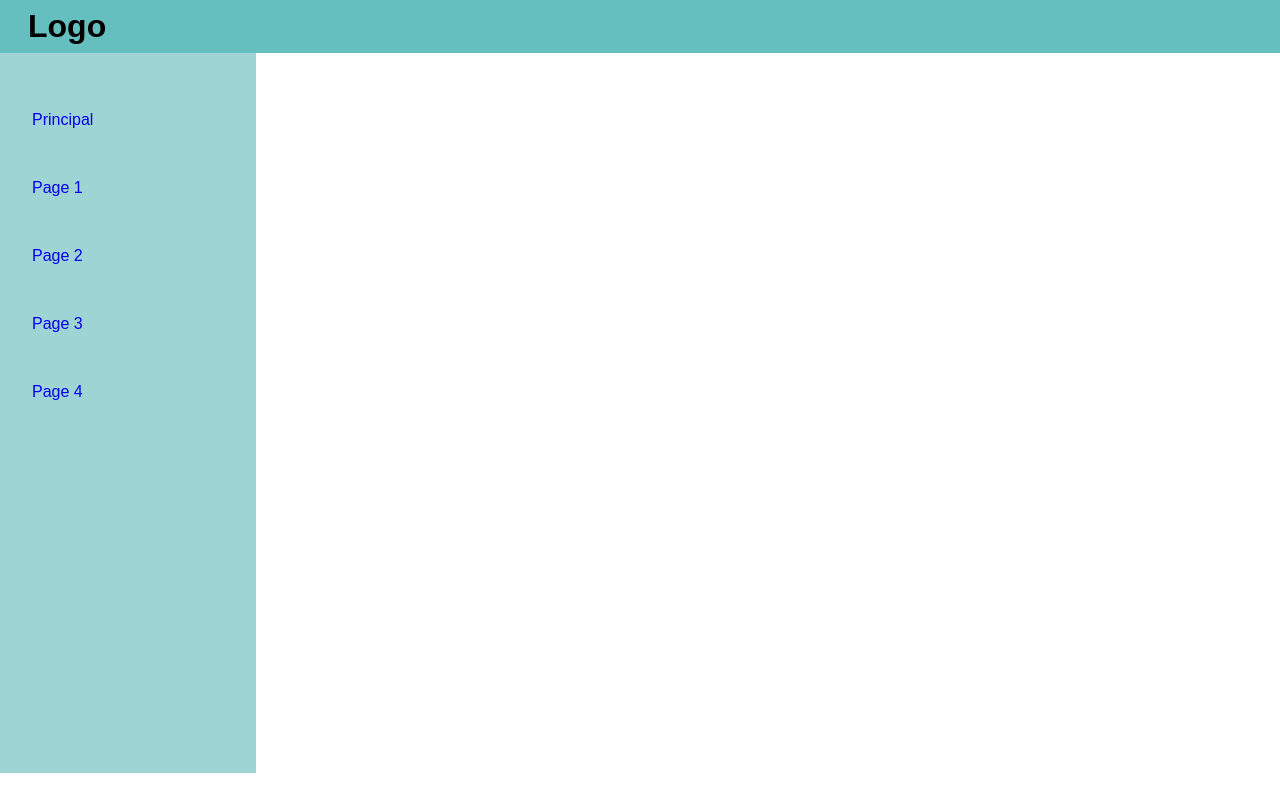
Repository: mateus-henrique-silva/Dashboard-pixel-facebook-react
Page: / (app in dashboard-pixel/)
The author's editor kept a copy of each file at every save. The page is drawn from the files as they stood at one save, then again after a run of saves.
The browser window is 1280 px wide. The pictures show the whole page.
The project was rebuilt for these pictures with package versions that can differ from the ones it lists, and the page was loaded fresh each time.

Above is the page before, as saved 2022-07-07 17:43:23.

### dashboard-pixel/src/index.js
import React from "react";
import ReactDOM from "react-dom/client";

import App from "./App";
import reportWebVitals from "./reportWebVitals";

const root = ReactDOM.createRoot(document.getElementById("root"));
root.render(
  <React.StrictMode>
    <App />
  </React.StrictMode>
);

reportWebVitals();

### dashboard-pixel/src/App.jsx
import React from "react";
import Main from "./Components/MainPage/Main";



function App() {
  return (
    <div >
        <Main/>


    </div>
  );
}

export default App;

### dashboard-pixel/src/Components/MainPage/Main.jsx
import React from 'react'
import './Main.css'
import Header from '../Header/Header'
import SideBar from "../SideBar/SideBar"

const Main = () => {
  return (
    <div className="Main">
        <Header/>
        <SideBar/>
    </div>
  )
}

export default Main

### dashboard-pixel/src/Components/MainPage/Main.css
* {
  border: 0;
  margin: 0;
  font-family: sans-serif;
}

.Main {
  width: 100%;
  height: 100vh;
}
.startHeader{
    width: 100%;
    display: flex;
    justify-content: center;
}

### dashboard-pixel/src/Components/Header/Header.jsx
import React from 'react'
import "./Header.css"

const Header = () => {
  return (
    <div className="startHeader">

        <div className="Header">
            <h1>Logo</h1>
        </div>

    </div>
  )
}

export default Header

### dashboard-pixel/src/Components/SideBar/SideBar.jsx
import React from "react";
import "./SideBar.css";

const SideBar = () => {
  return (
    <div>
      <div className="div-sidebar">
        <div className="Menu-tag">
          <div><a href="#">Principal</a></div>

          <div><a href="#">Page 1</a></div>
          <div><a href="#">Page 2</a></div>
          <div><a href="#">Page 3</a></div>
          <div><a href="#">Page 4</a></div>
        </div>
      </div>
    </div>
  );
};

export default SideBar;

### dashboard-pixel/src/Components/Header/Header.css
.Header{
    width: 99vw;
    padding: 0.5em 0.5em ;
    background-color:#66BFBF;
    display:flex;
    align-items:center;



}

.Header h1{
    margin-left: 20px;
}

### dashboard-pixel/src/Components/SideBar/SideBar.css
.div-sidebar {
  height: 100vh;
  width: 20vw;
  background-color: #9fd4d4;
  display: grid;
}

.Menu-tag {
  height: 100%;
  padding: 0.5em 2em;
}

.Menu-tag div {
  margin-top:50px;
}

.Menu-tag div a {
    text-decoration: none;
    color:
  }

Loaded but not shown: dashboard-pixel/public/index.html (common file); dashboard-pixel/src/reportWebVitals.js (common file)

After the next 2 saves:
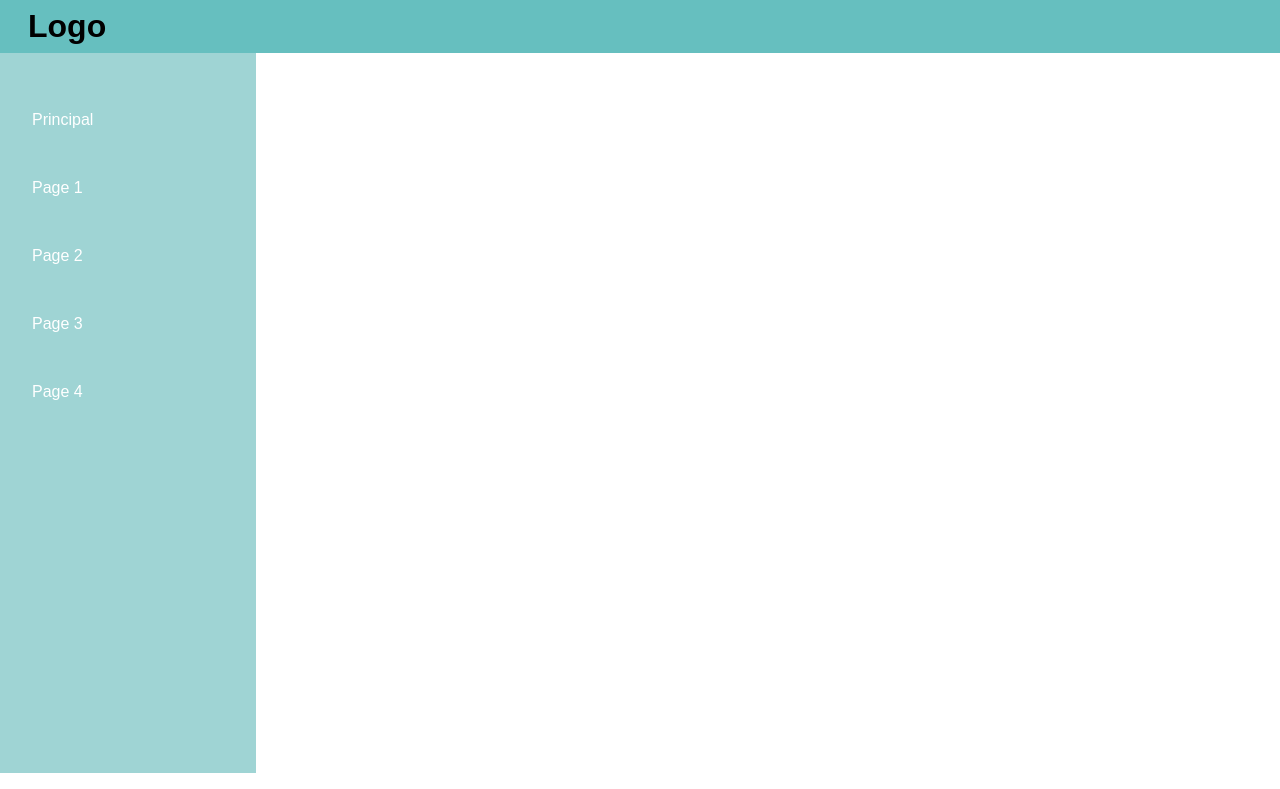
The 2 saves are shown as one change because they came seconds apart.
The last was saved 18 s later.
--- a/dashboard-pixel/src/Components/SideBar/SideBar.css
+++ b/dashboard-pixel/src/Components/SideBar/SideBar.css
@@ -16,5 +16,5 @@
 
 .Menu-tag div a {
     text-decoration: none;
-    color:
+    color:white;
   }
